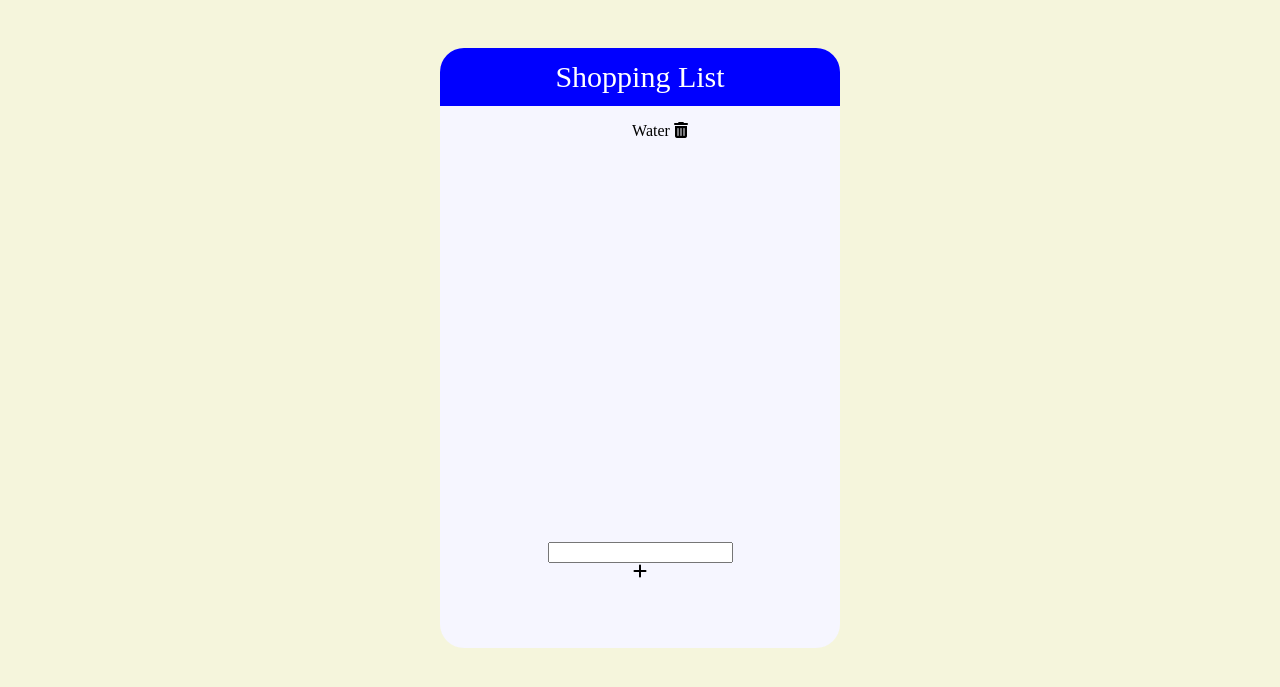
Repository: keehoonjung/Shopping-list
Page: index.html
The author's editor kept a copy of each file at every save. The page is drawn from the files as they stood at one save, then again after the next save.
The browser window is 1280 px wide. The pictures show the whole page.
Some web libraries are served in a nearby version.

Above is the page before, as saved 2021-08-07 17:27:27.

After the next save:
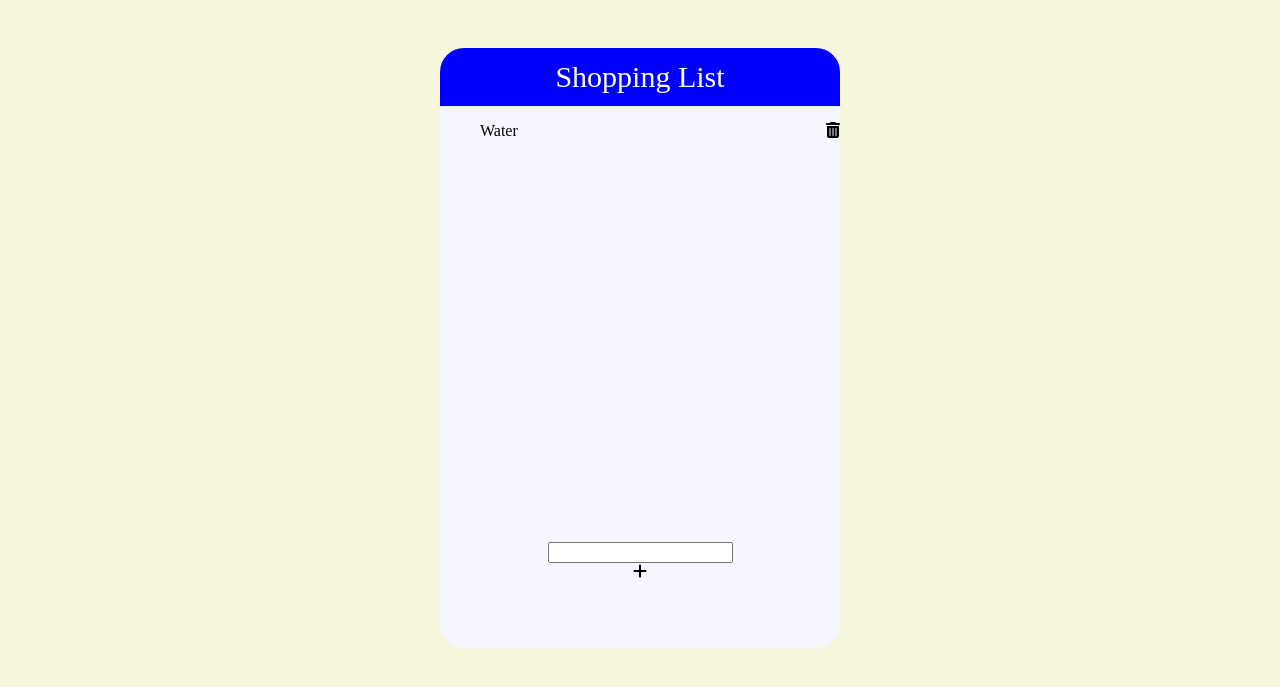
Saved 36 s later.
--- a/style.css
+++ b/style.css
@@ -4,6 +4,8 @@ body {
 }
 
 li {
+  display: flex;
+  justify-content: space-between;
   list-style: none;
   width: 100%;
 }
@@ -31,6 +33,4 @@ li {
 }
 
 .main_list {
-  display: flex;
-  justify-content: space-between;
 }
